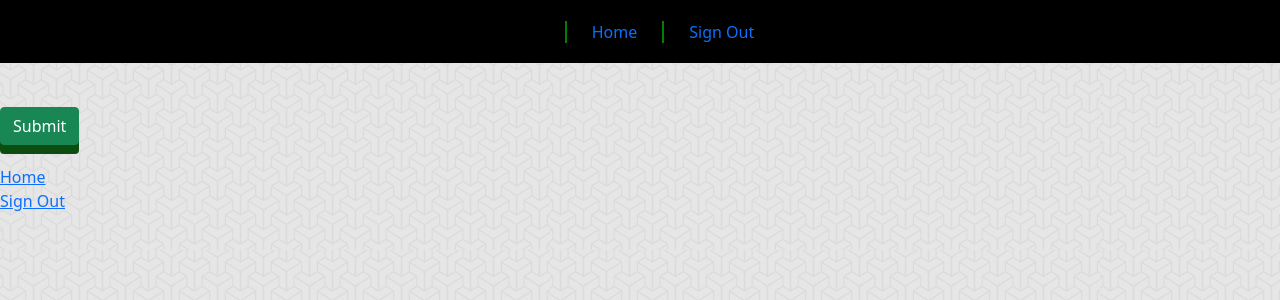
Repository: kavine24/CS490-Python-LMS
Page: html/portal/s/TakeQuiz.html
The author's editor kept a copy of each file at every save. The page is drawn from the files as they stood at one save, then again after the next save.
The browser window is 1280 px wide. The pictures show the whole page.
The page's requests for data from a server got no answer.

Above is the page before, as saved 2022-04-20 18:24:29.

### html/portal/s/TakeQuiz.html
<!DOCTYPE html>
<html>
  <head>
    <title>Take Exam</title>
    <link rel="stylesheet" href="/style.css">

    <link href="https://cdn.jsdelivr.net/npm/bootstrap@5.1.3/dist/css/bootstrap.min.css" rel="stylesheet" integrity="sha384-1BmE4kWBq78iYhFldvKuhfTAU6auU8tT94WrHftjDbrCEXSU1oBoqyl2QvZ6jIW3" crossorigin="anonymous">
  </head>
  <body>
    <header class="mainHeader">
      <h1 id="header" class="header"></h1>
      <ul class="navLIST">
        <li><a href="http://cs490testcenter.ddns.net:50000/portal/s/Home.php">Home</a></li>
        <li><a href="http://cs490testcenter.ddns.net:50000">Sign Out</a></li>
      </ul>
      <br>
    </header>
    <div id="testForm" class="col-6">
      <form id="takeExamForm"onsubmit="submitForm()">
          <br>
          <input id="submit" type="submit" placeholder="Submit" class="btn btn-success submit"></input>
      </form>
    </div>
    <div id="legend" class="col-6">
      <ul class="nav flex-column">
        <li><a href="http://cs490testcenter.ddns.net:50000/portal/s/Home.php">Home</a></li>
        <li><a href="http://cs490testcenter.ddns.net:50000">Sign Out</a></li>
      </ul>
    </div>

    <script>
      const inputs = [];

      const urlParams = new URLSearchParams(window.location.search);
      var requestType = 'GetExamFTM';
      const examID = urlParams.get('examID');

      const form = document.getElementById("takeExamForm");
      function handleForm(event) { event.preventDefault(); }
      form.addEventListener('submit', handleForm);

      function displayExams(){
        const data = {examID, requestType};

        const options = {
          method:'POST',
          headers: {
              "Content-type": "application/json; charset=UTF-8"
          },
          body: JSON.stringify(data)
        };

        fetch('http://cs490testcenter.ddns.net:50000/portal/frontBrowser.php', options)
        .then(response => {
          return response.json();
        })
        .then(data => {
          console.log(data);
          const header = document.getElementById("header");
          header.appendChild(document.createTextNode(data[0].examName));

          header.appendChild(document.createTextNode(" Total Points: " + data[0].totalPoints));
          header.appendChild(document.createElement("br"));
          header.setAttribute("class", "header");

          for(let i = 1; i < data.length; i++){
            const div = document.createElement("div");

            const question = document.createElement("label");
            question.setAttribute("class", "container");
            question.appendChild(document.createTextNode("Question " + i));
            question.appendChild(document.createElement("br"));

            question.appendChild(document.createTextNode("Points: " + data[i].points));
            question.appendChild(document.createElement("br"));

            question.appendChild(document.createTextNode("Type: " + data[i].type));
            question.appendChild(document.createElement("br"));

            question.appendChild(document.createTextNode("Difficulty: " + data[i].difficulty));
            question.appendChild(document.createElement("br"));

            question.appendChild(document.createTextNode("Question: " + data[i].question));
            question.appendChild(document.createElement("br"));

            input = document.createElement("textarea")
            input.setAttribute("rows", "15");
            input.setAttribute("cols", "95");
            input.setAttribute("required", true);
            input.addEventListener('keydown', function(e) {
              if (e.key == 'Tab') {
                e.preventDefault();
                var start = this.selectionStart;
                var end = this.selectionEnd;

                // set textarea value to: text before caret + tab + text after caret
                this.value = this.value.substring(0, start) +
                "\t" + this.value.substring(end);

                // put caret at right position again
                this.selectionStart = this.selectionEnd = start + 1;
              }
            });

            question.appendChild(document.createElement("br"));
            question.appendChild(input);

            div.appendChild(question);

            const questionandID = {
              questionID: data[i].questionID,
              question: question
            };
            inputs.push(questionandID);
          }
        })
        .catch((error) => {
          console.error('Error:', error);
        });

      };
      function swapQuestion(qNum){
        document.getElementById("takeExamForm").insertBefore(div, document.getElementById("submit"));
        document.getElementById("takeExamForm").insertBefore(document.createElement("br"), document.getElementById("submit"));
        document.getElementById("takeExamForm").insertBefore(document.createElement("br"), document.getElementById("submit"));
      }
      function submitForm(){
        const inputsFormatted = [];
        for(let i = 0; i<inputs.length; i++){
          inputFormatted = {
            questionID: inputs[i].questionID,
            answer: inputs[i].question.lastElementChild.value
          }
          inputsFormatted.push(inputFormatted);
        }

        requestType = "SubmitExamFTM"
        const data = {examID, inputsFormatted, requestType};

        const options = {
          method:'POST',
          headers: {
              "Content-type": "application/json; charset=UTF-8"
          },
          body: JSON.stringify(data)
        };

        fetch('http://cs490testcenter.ddns.net:50000/portal/frontBrowser.php', options)
        .then(response => {
          return response.json();
        })
        .then(data => {
          if(data.didWork == 1){
            location.assign('http://cs490testcenter.ddns.net:50000/portal/s/Home.php');
          }
        })
        .catch((error) => {
          console.error('Error:', error);
        });
      }
      displayExams();
    </script>

  </body>
</html>

### html/style.css
body {
  background-image: url(portal/pictures/background.jpg);
}

.header {
  color: #97BC62FF;
  background-color: black;
  padding: 14px 16px;
  margin-top: 0px;
}

.submit, .userSubmit, .examTakeButtons, .examReviewButtons {
  padding: 10px 10px;
  margin: 0px 0px 15px 0px;
  font-size: 20px;
  cursor: pointer;
  text-decoration: none;
  outline: none;
  color: #fff;
  background-color: #4CAF50;
  border: none;
  border-radius: 12px;
  box-shadow: 0 9px #0e4d10;
}

.submit:hover, .userSubmit:hover {
  background-color: #215f23;
  box-shadow: 0 9px #1f9923;
}

.submit:active, .userSubmit:active {
  box-shadow: 0 5px #1C7F20;
  transform: translateY(4px)
}

.panel-heading, .panel-title {
  border-color: #4CAF50 !important;
  background-color: #0e4d10 !important;
}

/* .panel-title th {
  border-color: #1f9923;
  background-color: #1C7F20;
} */

.btn-primary {
  background-color: #0e4d10 !important;
  border-color: #4CAF50 !important;
}

.btn-success {
  background-color: #198754 !important;
  border-color: #198754 !important;
}

#submit {
  margin: 20px 0px;
}

#goBackHome {
  margin: 20px 15px;
}

.filterable {
  margin-top: 15px;
}

.filterable .panel-heading .pull-right {
  margin-top: -20px;
}

.filterable .filters input[disabled] {
  background-color: transparent;
  border: none;
  cursor: auto;
  box-shadow: none;
  padding: 0;
  height: auto;
}
.filterable .filters input[disabled]::-webkit-input-placeholder {
  color: #333;
}
.filterable .filters input[disabled]::-moz-placeholder {
  color: #333;
}
.filterable .filters input[disabled]:-ms-input-placeholder {
  color: #333;
}

.container {
  background-color: #a2a2a2;
  background-image: url(portal/pictures/divimage.jpg);
  padding: 14px 16px;
}

.mainHeader {
  background-color: black;
  max-height: 70px;
  display: flex;
  flex-direction: row;
  align-items: center;
  flex-shrink: 0;
  justify-content: center;
  top: 0;
  width: 100%;
  border-bottom: solid 3px black;
}

.navLIST {
  margin-top: 20px;
  display: flex;
}

.navLIST li {
  display: inline-block;
  margin-left: 0;
  color: #97BC62FF;
}

.navLIST li a {
  background-color: black;
  text-decoration: none;
  border-left: 2px solid green;
  padding: 0px 25px;
}

.navLIST li a:hover {
  background-color: black;
  text-decoration: underline;
}

/* body {
  background-image: url(portal/pictures/background.jpg);
  text-align: center;
  margin: auto;
}

#indexLog, h1 {
  color: #97BC62FF;
  margin: 0;
  overflow: hidden;
  background-color: black;
  padding: 14px 16px;
  text-align: center;
}

.forms {
  text-align: center;
  display: inline-block;
  overflow-wrap: break-word;
}

.credentialStyle {
  color: #97BC62FF;
  margin: 0;
  padding: 0px 0px 20px;
  font-size: 20px;
  text-shadow: .5px .5px 0 #000;
}

.submit, .userSubmit, .examTakeButtons, .examReviewButtons {
  display: inline-block;
  padding: 15px 25px;
  font-size: 24px;
  cursor: pointer;
  text-align: center;
  text-decoration: none;
  outline: none;
  color: #fff;
  background-color: #4CAF50;
  border: none;
  border-radius: 12px;
  box-shadow: 0 9px #1C7F20;
  margin: 10px 0px;
}

.submit:hover, .userSubmit:hover {
  background-color: #3e8e41;
  box-shadow: 0 9px #1C7F20;
}

.submit:active, .userSubmit:active {
  box-shadow: 0 5px #1C7F20;
  transform: translateY(4px)
}

#createQuestionForm {
  padding: 10px;
  text-align: center;
}

div {
  border-radius: 5px;
  background-color: #a2a2a2;
  background-image: url(portal/pictures/divimage.jpg);
  padding: 20px;
  text-align: center;
  display: inline-block;
  max-width: 750px;
}

.centered {
  position: absolute;
  top: 50%;
  left: 50%;
  transform: translate(-50%, -50%);
  text-align: center;
  display: inline-block;
}

.centeredsearch {
  position: absolute;
  top: 15%;
  left: 50%;
  transform: translate(-50%, -50%);
  text-align: center;
  display: inline-block;
}

.left {
  left: 0;
  display: inline-block;
}


.right {
  right: 0;
  display: inline-block;
}

.split {
  height: 100%;
  width: 50%;
  position: absolute;
}
table , th, td{
  border: 1px solid;
  width: 100%;
} */

After the next save:
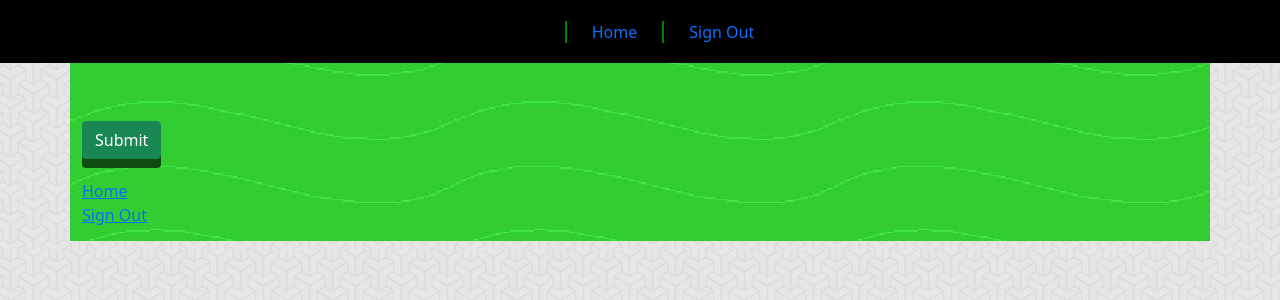
Saved 42 s later.
--- a/html/portal/s/TakeQuiz.html
+++ b/html/portal/s/TakeQuiz.html
@@ -15,19 +15,20 @@
       </ul>
       <br>
     </header>
-    <div id="testForm" class="col-6">
-      <form id="takeExamForm"onsubmit="submitForm()">
-          <br>
-          <input id="submit" type="submit" placeholder="Submit" class="btn btn-success submit"></input>
-      </form>
+    <div class="container">
+      <div id="testForm" class="col-6">
+        <form id="takeExamForm"onsubmit="submitForm()">
+            <br>
+            <input id="submit" type="submit" placeholder="Submit" class="btn btn-success submit"></input>
+        </form>
+      </div>
+      <div id="legend" class="col-6">
+        <ul class="nav flex-column">
+          <li><a href="http://cs490testcenter.ddns.net:50000/portal/s/Home.php">Home</a></li>
+          <li><a href="http://cs490testcenter.ddns.net:50000">Sign Out</a></li>
+        </ul>
+      </div>
     </div>
-    <div id="legend" class="col-6">
-      <ul class="nav flex-column">
-        <li><a href="http://cs490testcenter.ddns.net:50000/portal/s/Home.php">Home</a></li>
-        <li><a href="http://cs490testcenter.ddns.net:50000">Sign Out</a></li>
-      </ul>
-    </div>
-
     <script>
       const inputs = [];
 
